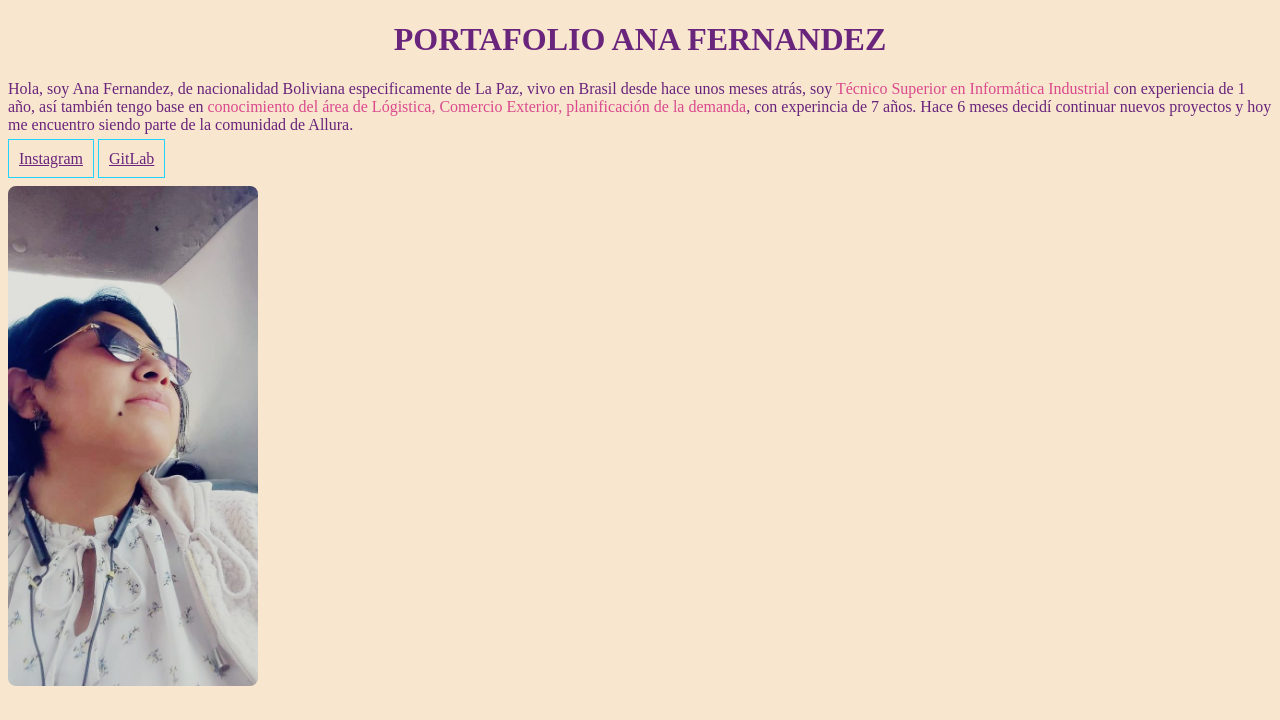
Repository: AnaFzCz/PROYECTOS-HTML---CSS2
Page: Portafolio/index.html
These files come from the project's save history. The page is drawn as it stood at one moment and after the next save; the edit follows.
The browser window is 1280 px wide. The pictures show the whole page.

Above is the page before, as saved 2025-01-23 07:03:51.

### Portafolio/index.html
<!DOCTYPE html>
<html lang="en">
<head>
    <meta charset="UTF-8">
    <meta http-equiv="X-UA-Compatible" content="IE=edge">
    <meta name="viewport" content="width=device-width, initial-scale=1.0">
    <title>Portafolio</title>
    <link rel="stylesheet" href="style.css">
</head>
<body>
    <header>

    </header>
    <main>
        <h1 style="text-align: center;">PORTAFOLIO ANA FERNANDEZ</h1>
        <p>Hola, soy Ana Fernandez, de nacionalidad Boliviana especificamente de La Paz, vivo en Brasil desde hace unos meses atrás, soy <span>Técnico Superior en Informática Industrial</span> con experiencia de 1 año, así también tengo base en <span>conocimiento del área de Lógistica, Comercio Exterior, planificación de la demanda</span>, con experincia de 7 años. Hace 6 meses decidí continuar nuevos proyectos y hoy me encuentro siendo parte de la comunidad de Allura.</p>
            <div >
        <a href="https://instagram.com/anafzcz">Instagram</a>
        <a href="https://github.com/AnaFzCz">GitLab</a>
        <br>
        <br>
        <img src="mindfullness.jpg" alt="myself" style="width:250px;height: 500px;">
        </div>
    </main>
    <footer></footer>
</body>
</html>

### Portafolio/style.css
body{
   background-color: #F9E6CF;
   color:#69247C;
    font-family: "papyrus";
}

span{
    color:#DA498D;
}

a{
    color: #69247C;

    border: 1px solid #22D4FD;
    padding: 10px;
    text-align: center;
}

h1 {
   align-content: center;
}
img {
    border-radius: 8px;
  }
  img:hover {
    transform: scaleX(-1);
  }

After the next save:
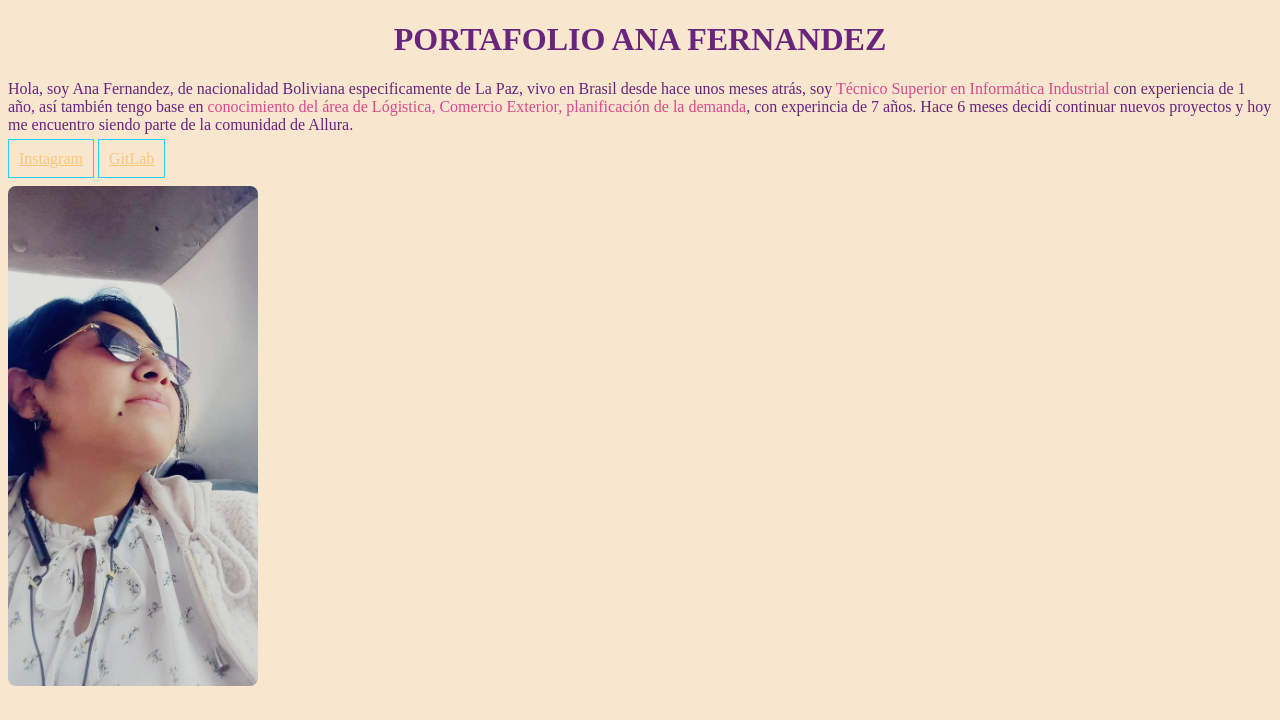
Saved 29 s later.
--- a/Portafolio/style.css
+++ b/Portafolio/style.css
@@ -9,7 +9,7 @@ span{
 }
 
 a{
-    color: #69247C;
+    color: #FAC67A;
 
     border: 1px solid #22D4FD;
     padding: 10px;
